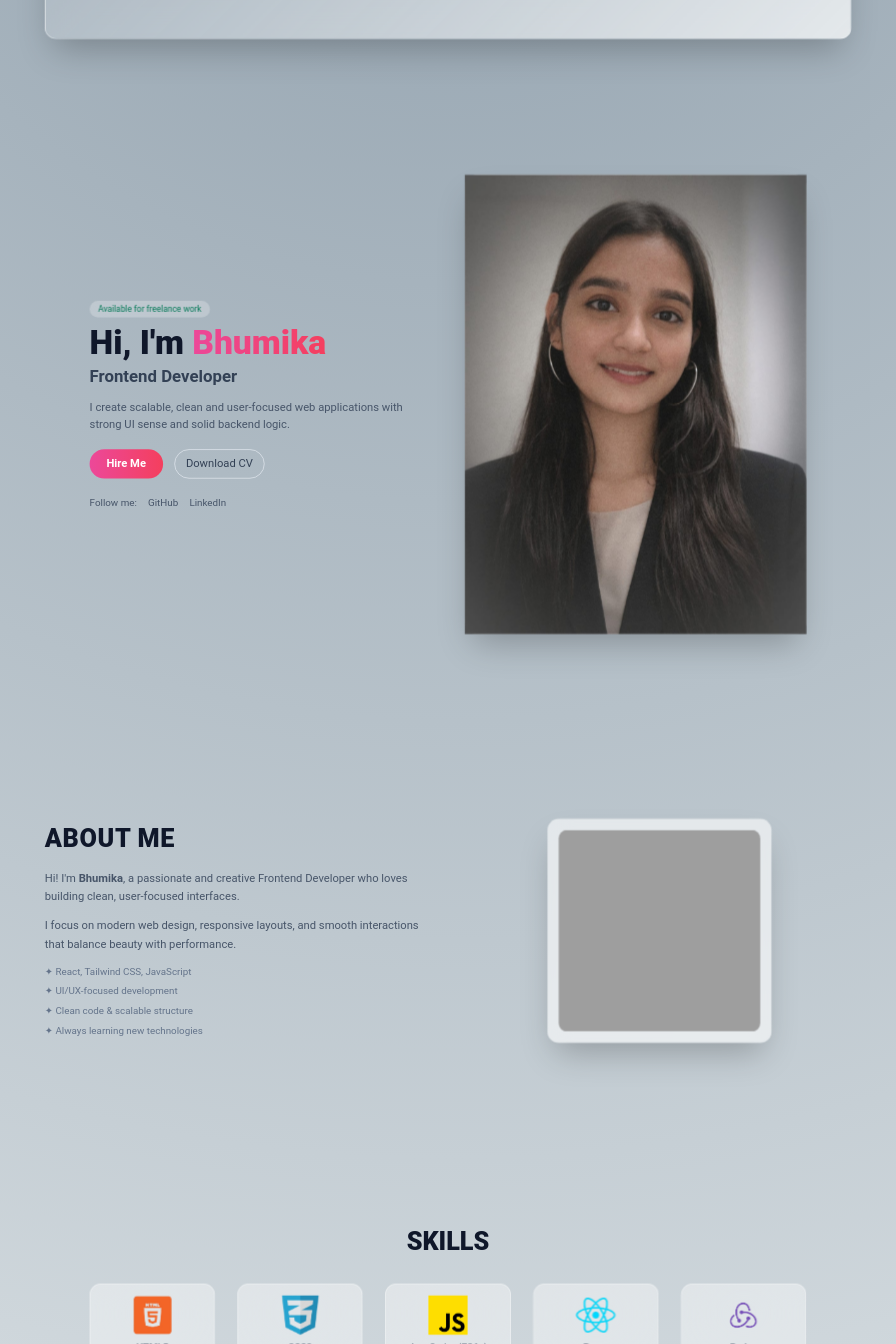
Repository: bhumikamourya/portfolio
Page: /
These files come from the project's save history. The page is drawn as it stood at one moment and after the next save; the edit follows.
The browser window is 1280 px wide. The pictures show the part of the page from y = 534 to 2454 px (the page is 5326 px tall before and 5262 px after), at 70% of full size.
Pictures or frames that could not be fetched are drawn as grey boxes. Some web libraries are served in a nearby version. The project was rebuilt for these pictures with package versions that can differ from the ones it lists, and the page was loaded fresh each time.

Above is the page before, as saved 2026-01-31 12:46:46.

### src/styles/variables.css
:root {
  /*Background gradient (PAGE) */
  --bg-gradient-from: #8e9eab;
  --bg-gradient-to: #eef2f3;

  /*Glass / Card background (LIGHTER, SAME TONE) */
  --glass-from: rgba(158, 172, 184, 0.7);
  --glass-to: rgba(245, 247, 248, 0.8);

  /*Text colors */
  --heading-color: #0f172a;      /* slate-900 */
  --subheading-color: #334155;   /* slate-700 */
  --body-text-color: #475569;    /* slate-600 */
  --muted-text-color: #64748b;   /* slate-500 */

  /* Accent (brand highlight) */
  --accent-from: #ec4899; /* pink-500 */
  --accent-to: #f43f5e;   /* rose-500 */

  /* Status / success */
  --success-color: #059669; /* emerald-600 */

  /* Borders */
  --border-light: rgba(255, 255, 255, 0.4);

  /* Motion */
  --transition: all 0.4s ease;
}

/* Optional dark mode (future-proof, not active yet) */
.dark-mode {
  --bg-gradient-from: #1e293b;
  --bg-gradient-to: #020617;

  --glass-from: rgba(30, 41, 59, 0.7);
  --glass-to: rgba(15, 23, 42, 0.8);

  --heading-color: #f8fafc;
  --subheading-color: #e2e8f0;
  --body-text-color: #cbd5f5;
  --muted-text-color: #94a3b8;
}

### src/styles/App.css
* {
  margin: 0;
  padding: 0;
  box-sizing: border-box;
}

.reveal {
  opacity: 0;
  transform: translateY(50px);
  transition: all 0.8s ease;
}

.reveal.active {
  opacity: 1;
  transform: translateY(0);
}

body {
  font-family: 'Roboto', sans-serif;
  background-image: radial-gradient(circle at top, var(--bg-gradient-from) 0%, var(--bg-gradient-to) 70%);
  color: var(--body-text-color);
  scroll-behavior: smooth;
  transition: var(--transition);
}

.color-buttons {
  background-image: linear-gradient(to right, var(--accent-from), var(--accent-to));
  border: none;
}

.right-card {
  background: rgba(255, 255, 255, 0.6);
  border-color: var(--border-light);
  backdrop-filter: blur(16px);
}

.app {
  min-height: 100vh;
}
.text-accent {
    background: linear-gradient(to right, var(--accent-from), var(--accent-to));
    -webkit-background-clip: text;
    -webkit-text-fill-color: transparent;
}
.card-bg {
  background-image:
    linear-gradient(135deg,
      var(--glass-from),
      var(--glass-to));
  backdrop-filter: blur(22px);
  border: 1px solid var(--border-light);
}

.skill-cards{
  background-image: linear-gradient(135deg, var(--border-light), var(--border-light));
  backdrop-filter: blur(72px);
  border: 1px solid var(--border-light);
}

.heading{
  color: var(--heading-color);
}
.subheading{
  color: var(--subheading-color);
}
.tags{
  background: rgba(255,255,255,0.25);
  color: var(--subheading-color);
}
ul{
    color: var(--muted-text-color);
}

/* .btn {
  padding: 10px 20px;
  border: none;
  border-radius: 5px;
  cursor: pointer;
  transition: var(--transition);
}

.btn.primary {
  background-color: var(--primary-color);
}

.btn.secondary {
  background-color: var(--bg-gradient-to);
}

.btn:hover {
  transform: scale(1.05);
} */
.theme-toggle {
  position: fixed;
  top: 20px;
  right: 20px;
  z-index: 1000;
  background: none;
  border: none;
  font-size: 1.5rem;
  cursor: pointer;
}

/* Mobile-first responsive */
@media (max-width: 768px) {
  .container {
    padding: 0 10px;
  }
}

### src/contexts/ThemeContext.js
import React, { createContext, useState, useEffect } from 'react';

export const ThemeContext = createContext();

export const ThemeProvider = ({ children }) => {
  const [isDarkMode, setIsDarkMode] = useState(false);

  useEffect(() => {
    const savedTheme = localStorage.getItem('theme');
    if (savedTheme === 'dark') {
      setIsDarkMode(true);
      document.body.classList.add('dark-mode');
    }
  }, []);

  const toggleTheme = () => {
    setIsDarkMode(!isDarkMode);
    if (!isDarkMode) {
      document.body.classList.add('dark-mode');
      localStorage.setItem('theme', 'dark');
    } else {
      document.body.classList.remove('dark-mode');
      localStorage.setItem('theme', 'light');
    }
  };

  return (
    <ThemeContext.Provider value={{ isDarkMode, toggleTheme }}>
      {children}
    </ThemeContext.Provider>
  );
};

### src/components/ThemeToggle.js
import React, { useContext } from 'react';
import { ThemeContext } from '../contexts/ThemeContext';

const ThemeToggle = () => {
  const { isDarkMode, toggleTheme } = useContext(ThemeContext);

  return (
    <button className="theme-toggle" onClick={toggleTheme} >
      {isDarkMode ? '☀️' : '🌙'}
    </button>
  );
};

export default ThemeToggle;

### src/components/Welcome.jsx
import React from "react";


const Welcome = () => {
    const scrollToSection = (id) => {
        document.getElementById(id).scrollIntoView({ behavior: "smooth" });
    };
    return (
        <section
            className="min-h-screen flex items-center justify-center px-6"
        >
            <div
                className="relative w-full max-w-6xl rounded-2xl shadow-2xl p-20 card-bg"
            >
                <div className="grid md:grid-cols-2 gap-12 items-center">

                    <div>

                        <h1
                            className="text-4xl md:text-5xl font-extrabold leading-tight mb-4 heading">
                            Welcome to <br /> my Portfolio Website
                        </h1>
                        <p
                            className="max-w-md mb-6">
                            Building modern, reliable, and fast digital experiences with a
                            strong focus on clean UI and solid engineering.
                        </p>
                        <div className="flex items-center gap-4 mb-6">
                            <span className="text-xs font-semibold text-emerald-600 tracking-wide">LIVE STATUS</span>
                            <button
                                onClick={() => scrollToSection("projects")}
                                className="px-4 py-2 rounded-full bg-slate-900 text-white hover:bg-slate-800 transition"
                            >
                                PROJECTS
                            </button>
                            <button
                                onClick={() => scrollToSection("contact")}
                                className="px-4 py-2 rounded-full border border-slate-200 hover:bg-slate-100 transition"
                            >
                                CONTACT
                            </button>
                        </div>

                        <button

                            className="px-8 py-3 rounded-full text-white font-semibold transition hover:scale-105 color-buttons"
                        >
                            Enter Portfolio →
                        </button>
                    </div>

                    {/* RIGHT SYSTEM CARD */}
                    <div
                        className="relative rounded-xl p-6 border right-card"
                    >
                        <span
                            className="absolute top-4 right-4 text-xs font-semibold text-emerald-600"
                        >
                            ONLINE
                        </span>

                        <div className="flex items-center justify-center mb-6">
                            <div
                                className="relative w-44 h-44 rounded-full flex items-center justify-center "
                                style={{
                                    background:
                                        "linear-gradient(to bottom right, var(--accent-from), var(--accent-to))",
                                }}
                            >
                                <div className="absolute inset-4 rounded-full bg-white flex items-center justify-center text-s tracking-widest font-bold text-slate-600">
                                    WELCOME
                                </div>
                            </div>
                        </div>

                        <div className="grid grid-cols-2 gap-4 text-center">
                            <div>
                                <p className="text-xl font-bold">06</p>
                                <p className="text-xs text-slate-600">Modules</p>
                            </div>
                            <div>
                                <p className="text-xl font-bold">12ms</p>
                                <p className="text-xs text-slate-600">Latency</p>
                            </div>
                        </div>
                    </div>

                </div>
            </div>
        </section>
    );
};

export default Welcome;

### src/components/Hero.js
import React from "react";
const Hero = () => {
  return (
    <section
      id="hero"
      className=" reveal min-h-screen flex items-center justify-center px-6"
    >
      <div
        className="relative w-full max-w-6xl rounded-3xl p-16"
      >
        <div className="grid md:grid-cols-2 gap-12 items-center">

          {/* LEFT CONTENT */}
          <div>
            <span
              className="inline-block mb-3 text-xs px-3 py-1 rounded-full font-semibolds text-emerald-700 right-card tags"
            >
              Available for freelance work
            </span>

            <h1
              className="text-4xl md:text-5xl font-extrabold leading-tight mb-2 heading"
            >
              Hi, I'm{" "}
              <span className="text-accent"
              >
                Bhumika
              </span>
            </h1>
            <h2
              className="text-xl md:text-2xl font-semibold mb-4 subheading"
            >
              Frontend Developer
            </h2>

            <p
              className="max-w-md mb-6"
            >
              I create scalable, clean and user-focused web applications with
              strong UI sense and solid backend logic.
            </p>

            <div className="flex gap-4 mb-6">
              <button
                className="px-6 py-2 rounded-full text-white font-semibold transition hover:scale-105 color-buttons"
              >
                Hire Me
              </button>

              <button
                className="px-4 py-2 rounded-full border border-slate-200  hover:bg-slate-100 transition subheading">
                Download CV
              </button>
            </div>

            <div className="flex items-center gap-4 text-sm">
              <span>Follow me:</span>
              <a href="https://github.com/bhumikamourya"
              className="cursor-pointer hover:underline cursor-pointer">GitHub</a>
              <a href="https://www.linkedin.com/in/bhumika-mourya-bb94672a4/"
              className="cursor-pointer hover:underline cursor-pointer">LinkedIn</a>
              {/* <a href="" className="cursor-pointer hover:underline cursor-pointer">Instagram</a> */}
            </div>
          </div>

          {/* RIGHT IMAGE CARD */}
          <div className="flex justify-center">
            <div
              className="relative rounded-2xl right-card shadow-2xl"
            >
              <img
                src="/assets/profile.jpeg"
                alt="Developer illustration"
                // className="w-72 h-70 object-cover rounded-xl"
              />
            </div>
          </div>

        </div>
      </div>
    </section>
  );
};

export default Hero;

### src/components/About.js
import React from "react";


const About = () => {
  return (
    <section
      id="about"
      className=" reveal min-h-screen flex items-center justify-center px-6"
    >
      <div
        className="relative w-full max-w-6xl rounded-3xl"
      >
        <div className="grid md:grid-cols-2 gap-14 items-center">

          {/* LEFT CONTENT */}
          <div>
            <h2
              className="text-3xl md:text-4xl font-extrabold mb-6 tracking-wide heading"
            >
              ABOUT ME
            </h2>

            <p
              className="mb-4 leading-relaxed"
            >
              Hi! I'm <span className="font-semibold">Bhumika</span>, a passionate
              and creative Frontend Developer who loves building clean,
              user-focused interfaces.
            </p>

            <p
              className="mb-4 leading-relaxed"
            >
              I focus on modern web design, responsive layouts, and smooth
              interactions that balance beauty with performance.
            </p>

            <ul
              className="space-y-2 text-sm"
            >
              <li>✦ React, Tailwind CSS, JavaScript</li>
              <li>✦ UI/UX-focused development</li>
              <li>✦ Clean code & scalable structure</li>
              <li>✦ Always learning new technologies</li>
            </ul>
          </div>

          {/* RIGHT AVATAR CARD */}
          <div className="flex justify-center ">
            <div
              className="relative rounded-2xl p-4 right-card shadow-2xl"
            >
              <img
                src="/hero-avatar.png"
                alt="Avatar"
                className="w-72 h-72 object-cover rounded-xl"
              />
            </div>
          </div>

        </div>
      </div>
    </section>
  );
};

export default About;

### src/components/Skills.js
import React from 'react';

const Skills = () => {
  const skills = [
    { name: 'HTML5', icon: '/assets/html.png' },
    { name: 'CSS3', icon: '/assets/css.png' },
    { name: 'JavaScript (ES6+)', icon: '/assets/js.webp' },
    { name: 'React', icon: '/assets/react.png' },
    { name: 'Redux', icon: '/assets/redux.png' },
    { name: 'Node.js', icon: '/assets/nodejs.png' },
    { name: 'Express.js', icon: '/assets/express.png' },
    { name: 'RESTful APIs', icon: '/assets/restful-api.png' },
    { name: 'Authentication (Passport.js, JWT)', icon: '/assets/authentication.png' },
    { name: 'MongoDB', icon: '/assets/mongoDB.png' },
    { name: 'Mongoose', icon: '/assets/mongoose.png' },
    { name: 'Git', icon: '/assets/git.png' },
    { name: 'GitHub', icon: '/assets/github.png' },
    { name: 'Postman', icon: '/assets/postman.png' },
    { name: 'Thunder Client', icon: '/assets/thunderClient.png' },
    { name: 'VS Code', icon: '/assets/VS-Code.png' },
    { name: 'Chrome DevTools', icon: '/assets/chrome-dev-tool.png' },
  ];

  return (
    <section
      id="skills"
      className=" reveal min-h-screen flex items-center justify-center px-6 transition-colors duration-500"
    >
      <div
        className="relative w-full max-w-6xl rounded-3xl p-16"
      >
        <h2
          className="text-3xl md:text-4xl font-extrabold mb-10 text-center heading"
        >
          SKILLS
        </h2>

        <div className="grid grid-cols-2 sm:grid-cols-3 md:grid-cols-4 lg:grid-cols-5 gap-8">
          {skills.map((skill, index) => (
            <div
              key={index}
              className="flex flex-col items-center justify-center p-4 rounded-2xl transition-transform duration-300 hover:scale-105 skill-cards"
            >
              <img
                src={skill.icon}
                alt={skill.name}
                className="w-14 h-14 mb-2 object-contain"
              />
              <p
                className="text-sm font-semibold text-center"
              >
                {skill.name}
              </p>
            </div>
          ))}
        </div>
      </div>
    </section>
  );
};

export default Skills;

### src/components/Projects.js
import React from 'react';
import ProjectCard from './ProjectCard';

const Projects = () => {
  const projects = [
    {
      title: 'Wanderlust – Full-Stack Web App',
      description:
        'Airbnb-like platform with authentication, listings, reviews, and image uploads. Clean MVC backend with secure auth.',
      tech: ['Node.js', 'Express', 'MongoDB', 'Passport.js'],
      github: 'https://github.com/bhumikamourya/WanderLust',
      demo: 'https://wanderlust-project-3uh0.onrender.com/',
      image: '/assets/wanderlust.png',
    },
    {
      title: 'Food Ordering Web App',
      description:
        'Full-stack food ordering system with user authentication, order management, and REST APIs.',
      tech: ['Node.js', 'MongoDB', 'Express'],
      github: 'https://github.com/bhumikamourya/Food-Ordering-application',
      demo: '',
      image: '/assets/food.png',
    },
  ];

  return (
    <section
      id="projects"
      className=" reveal min-h-screen px-6 py-24"
    >
      <h2
        className="text-4xl font-extrabold text-center mb-16">
        PROJECTS
      </h2>

      <div className="max-w-7xl mx-auto grid gap-10 sm:grid-cols-2 lg:grid-cols-3">
        {projects.map((project, index) => (
          <ProjectCard key={index} {...project} />
        ))}
      </div>
    </section>
  );
};

export default Projects;

### src/utils/scrollReveal.js
export const initScrollReveal = () => {
    const elements = document.querySelectorAll(".reveal");

    const observer = new IntersectionObserver(
      (entries) => {
        entries.forEach((entry) => {
          if (entry.isIntersecting) {
            entry.target.classList.add("active");
          }
        });
      },
      { threshold: 0.15 }
    );

    elements.forEach((el) => observer.observe(el));

};

### src/components/FeaturesServices.js
import { Code, Sparkles, ShieldCheck, Rocket, Brain, Layout } from "lucide-react";

export default function FeaturesServices() {
  const features = [
    {
      icon: <Code className="w-6 h-6" />,
      title: "Full-Stack Development",
      desc: "Scalable MERN applications with clean architecture and best practices."
    },
    {
      icon: <Layout className="w-6 h-6" />,
      title: "Modern UI/UX",
      desc: "Glassmorphism, gradients, animations and responsive layouts."
    },
    {
      icon: <Brain className="w-6 h-6" />,
      title: "AI-Powered Logic",
      desc: "Smart features using AI, automation and data-driven decisions."
    },
    {
      icon: <ShieldCheck className="w-6 h-6" />,
      title: "Secure Systems",
      desc: "JWT auth, role-based access and secure backend APIs."
    },
    {
      icon: <Rocket className="w-6 h-6" />,
      title: "Performance Focused",
      desc: "Optimized queries, fast load time and scalable codebase."
    },
    {
      icon: <Sparkles className="w-6 h-6" />,
      title: "Creative Solutions",
      desc: "Not copy-paste projects — unique, tailored to real-world needs."
    }
  ];

  return (
    <section
      id="features"
      className=" reveal relative py-24 px-6 "
    >
      <div className="max-w-7xl mx-auto">
        {/* Heading */}
        <div className="text-center mb-16">
          <h2 className="text-4xl font-extrabold text-center mb-6 heading">
            OUR FEATURES & SERVICES
          </h2>
          <p className="max-w-2xl mx-auto">
            Powerful features and professional services crafted to build
            high-quality, real-world applications.
          </p>
        </div>

        {/* Cards */}
        <div className="grid grid-cols-1 sm:grid-cols-2 lg:grid-cols-3 gap-8">
          {features.map((item, idx) => (
            <div
              key={idx}
              className="group relative rounded-2xl p-8 shadow-xl  transition-all duration-300 hover:-translate-y-2 hover:shadow-2xl card-bg"
            >
              <div className="flex items-center justify-center w-12 h-12 rounded-xl bg-white/70 shadow mb-6 group-hover:scale-110 transition" >
                {item.icon}
              </div>

              <h3 className="text-xl font-semibold mb-3 heading">
                {item.title}
              </h3>
              <p className=" text-sm leading-relaxed" >
                {item.desc}
              </p>
            </div>
          ))}
        </div>
      </div>
    </section>
  );
}

### src/components/ProjectCard.js
import React from 'react';

const ProjectCard = ({ title, description, tech, github, demo, image }) => {
  return (
    <div
      className="rounded-2xl overflow-hidden shadow-xl transition-transform duration-300 hover:-translate-y-2 card-bg"
    >
      {/* IMAGE */}
      <div className="h-44 bg-black/20 flex items-center justify-center">
        <img
          src={image}
          alt={title}
          className="h-full w-full object-cover"
        />
      </div>

      {/* CONTENT */}
      <div className="p-6">
        <h3
          className="text-lg font-bold mb-2 heading">
          {title}
        </h3>

        <p
          className="text-sm mb-4 leading-relaxed"
        >
          {description}
        </p>

        {/* TECH TAGS */}
        <div className="flex flex-wrap gap-2 mb-5">
          {tech.map((item, index) => (
            <span
              key={index}
              className="text-xs px-3 py-1 rounded-full tags"
            >
              {item}
            </span>
          ))}
        </div>

        {/* LINKS */}
        <div className="flex gap-3">
          <a
            href={github}
            target="_blank"
            rel="noreferrer"
            className="px-4 py-2 text-white text-xs font-semibold rounded-full transition color-buttons"

          >
            GitHub
          </a>

          {demo && (
            <a
              href={demo}
              target="_blank"
              rel="noreferrer"
              className="px-4 py-2 text-xs font-semibold bg-white rounded-full border transition"
            >
              Live Demo
            </a>
          )}
        </div>
      </div>
    </div>
  );
};

export default ProjectCard;

Loaded but not shown: public/index.html (common file); src/index.js (common file); src/App.js (common file); src/index.css (common file); tailwind.config.js (common file); src/components/Contact.js (118 lines, source omitted)

After the next save:
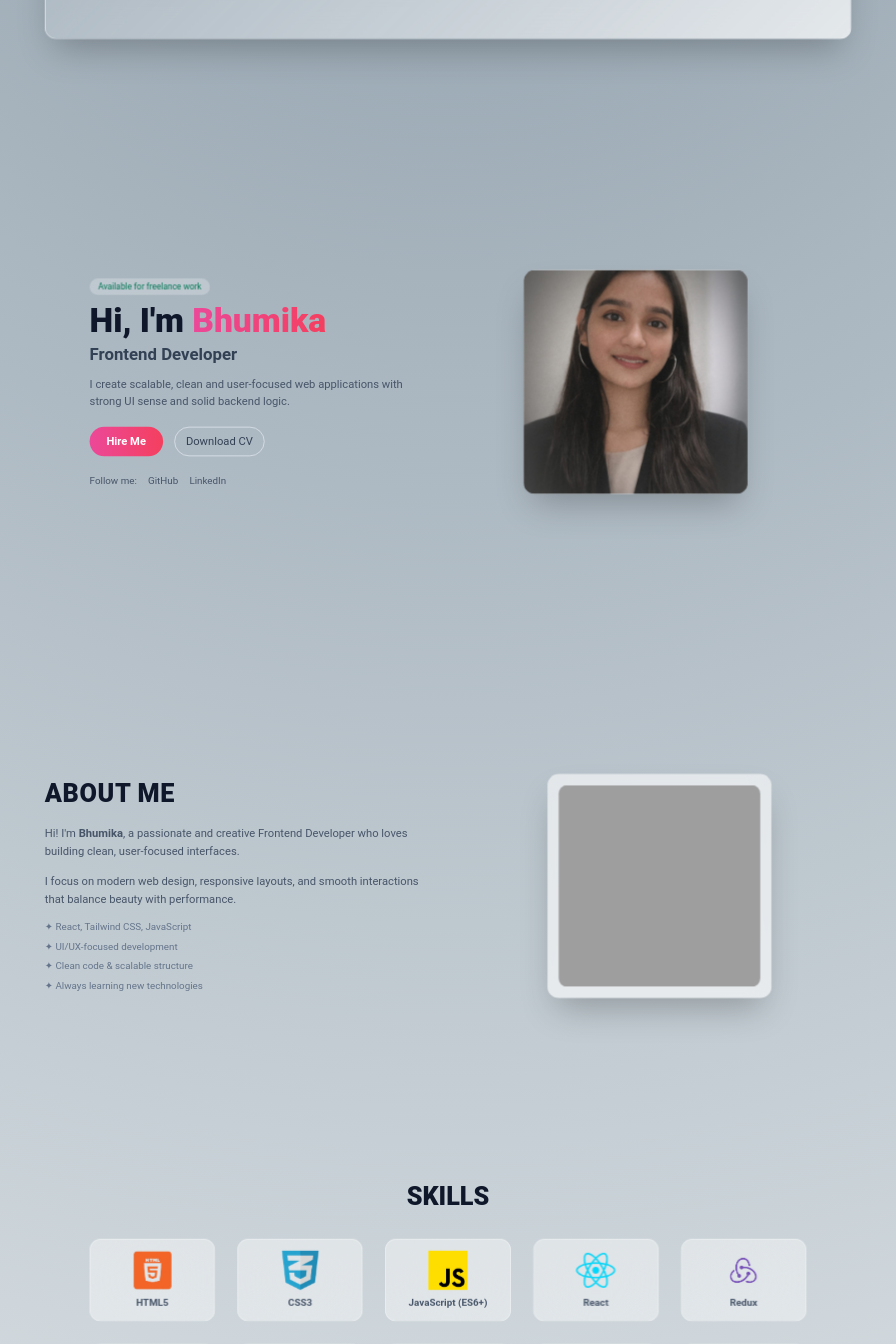
Saved 31 s later.
--- a/src/components/Hero.js
+++ b/src/components/Hero.js
@@ -72,6 +72,7 @@
                 src="/assets/profile.jpeg"
                 alt="Developer illustration"
                 // className="w-72 h-70 object-cover rounded-xl"
+                className="w-80 h-80 object-cover rounded-2xl"
               />
             </div>
           </div>
